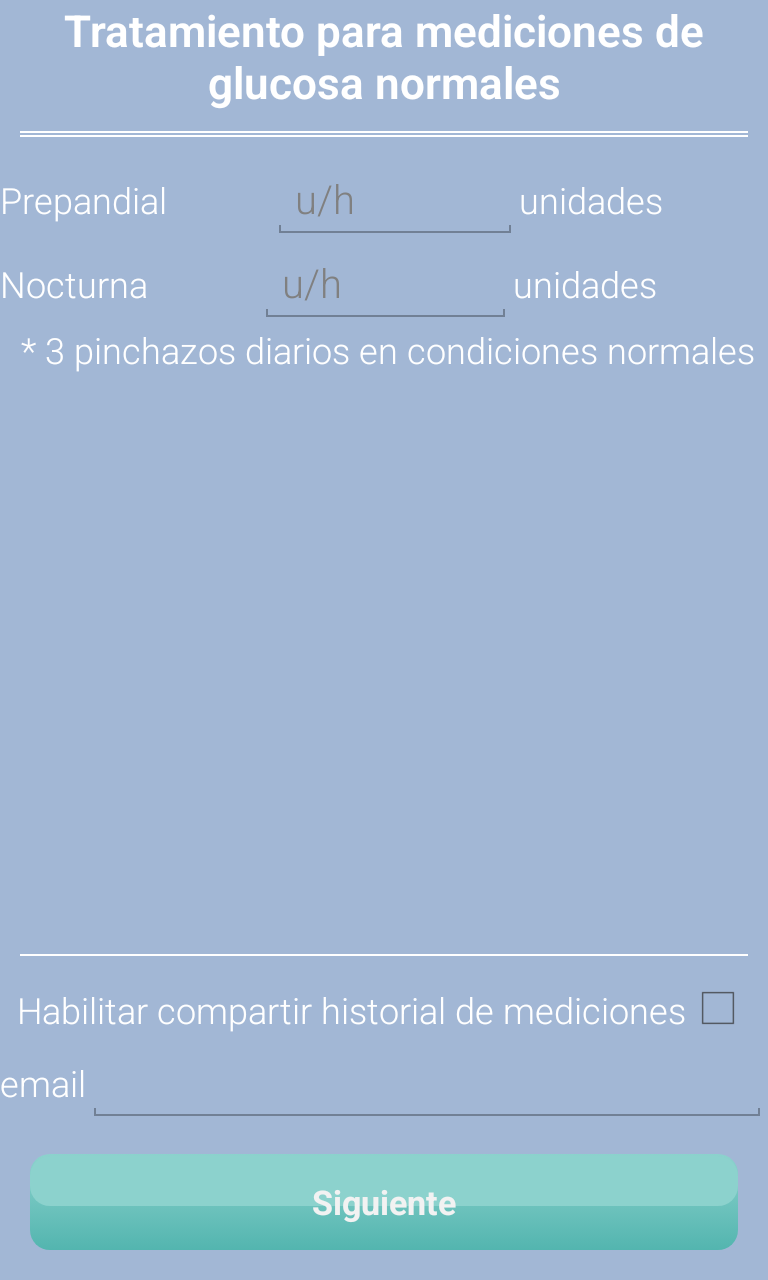
Repository: HectorGarciaMiguel/ssii-diabetes-060036
Layout: SeguimientoDiabetes/res/layout/activity_configuracion2_tipo1.xml
An editor plug-in stored every save of this project. The layout is shown before and after the next save, followed by the edit.
It is drawn on a 768 x 1280 px phone screen (xhdpi) without system bars, with theme AppTheme; the app's code is not run.

Above is the layout before, as saved 2015-11-19 18:06:25.

### SeguimientoDiabetes/res/layout/activity_configuracion2_tipo1.xml
<LinearLayout xmlns:android="http://schemas.android.com/apk/res/android"
    xmlns:tools="http://schemas.android.com/tools"
    android:layout_width="fill_parent"
    android:layout_height="fill_parent"
    android:orientation="vertical"
    android:layout_margin="3dp"
    tools:context=".Configuracion2Tipo1Activity" >

    <LinearLayout
        android:layout_width="fill_parent"
        android:layout_height="wrap_content"
        android:orientation="horizontal" >

        <TextView
            android:id="@+id/textView1"
            style="@style/RobotoStyleTextViewNegrita"
            android:layout_width="wrap_content"
            android:layout_height="wrap_content"
            android:gravity="center_horizontal"
            android:text="Tratamiento para mediciones de glucosa normales" />

    </LinearLayout>

          <View
              android:layout_width="wrap_content"
              android:layout_height="1dp"
              android:layout_marginBottom="1dp"
              android:layout_marginLeft="10dp"
              android:layout_marginRight="10dp"
              android:layout_marginTop="10dp"
              android:background="#FFFFFF" />

          <View
              android:layout_width="wrap_content"
              android:layout_height="1dp"
              android:layout_marginBottom="10dp"
              android:layout_marginLeft="10dp"
              android:layout_marginRight="10dp"
              android:background="#FFFFFF" />

    <LinearLayout
        android:layout_width="fill_parent"
        android:layout_height="wrap_content"
        android:orientation="horizontal"
        android:gravity="center_horizontal">

        <TextView
            android:id="@+id/textView2"
            android:layout_width="wrap_content"
            android:layout_height="wrap_content"
            android:layout_weight="3"
            android:text="Prepandial" />

        <EditText
            android:id="@+id/editText1"
            android:layout_width="wrap_content"
            android:layout_height="wrap_content"
            android:layout_weight="4"
            android:hint="u/h"
            android:inputType="number" />

        <TextView
            android:id="@+id/textView3"
            android:layout_width="wrap_content"
            android:layout_height="wrap_content"
            android:layout_weight="3"
            android:text="unidades" />

    </LinearLayout>

    <LinearLayout
        android:layout_width="fill_parent"
        android:layout_height="wrap_content"
        android:orientation="horizontal"
        android:gravity="center_horizontal"        >

        <TextView
            android:id="@+id/textView4"
            android:layout_width="wrap_content"
            android:layout_height="wrap_content"
            android:layout_weight="3"
            android:text="Nocturna" />

        <EditText
            android:id="@+id/editText2"
            android:layout_width="wrap_content"
            android:layout_height="wrap_content"
            android:layout_weight="4"
            android:hint="u/h"
            android:inputType="number" />

        <TextView
            android:id="@+id/textView5"
            android:layout_width="wrap_content"
            android:layout_height="wrap_content"
             android:layout_weight="3"
            android:text="unidades" />

    </LinearLayout>

    <LinearLayout
        android:layout_width="fill_parent"
        android:layout_height="wrap_content"
        android:orientation="horizontal"
        android:gravity="center_horizontal" >

        <TextView
            android:id="@+id/textView8"
            android:layout_width="wrap_content"
            android:layout_height="wrap_content"
            android:layout_gravity="center_vertical|center_horizontal"
            android:text=" * 3 pinchazos diarios en condiciones normales" />

    </LinearLayout>


    <LinearLayout
        android:layout_width="fill_parent"
        android:layout_height="wrap_content"
        android:orientation="horizontal"
        android:layout_weight="1" >
    </LinearLayout>


<View
        android:layout_width="wrap_content"
        android:layout_height="1dp"
        android:layout_marginBottom="10dp"
        android:layout_marginLeft="10dp"
        android:layout_marginRight="10dp"
        android:background="#FFFFFF"
        android:layout_gravity="bottom"/>

    <LinearLayout
        android:layout_width="fill_parent"
        android:layout_height="wrap_content"
        android:orientation="horizontal"
        android:gravity="center_horizontal"
         >

        <TextView
            android:id="@+id/textView6"
            android:layout_width="wrap_content"
            android:layout_height="wrap_content"
            android:text="Habilitar compartir historial de mediciones" />

        <CheckBox
            android:id="@+id/checkBox1"
            android:layout_width="wrap_content"
            android:layout_height="wrap_content" />

    </LinearLayout>

    <LinearLayout
        android:layout_width="fill_parent"
        android:layout_height="wrap_content"
        android:orientation="horizontal"
        android:gravity="center_horizontal" >

        <TextView
            android:id="@+id/textView7"
            android:layout_width="wrap_content"
            android:layout_height="wrap_content"
            android:text="email" />

        <EditText
            android:id="@+id/editText3"
            android:layout_width="fill_parent"
            android:layout_height="wrap_content"
            android:inputType="textEmailAddress" />

    </LinearLayout>

    <LinearLayout
        android:layout_width="fill_parent"
        android:layout_height="wrap_content"
        android:orientation="horizontal"
        android:gravity="center_horizontal" >

        <Button
            android:id="@+id/button1"
        	style="@style/Boton"
        	android:background="@drawable/mibotonverde"
            android:layout_height="wrap_content"
            android:onClick="lanzarConfiguracion3"
            android:text="Siguiente" />

    </LinearLayout>

</LinearLayout>

### SeguimientoDiabetes/res/drawable/mibotonverde.xml
<?xml version="1.0" encoding="utf-8"?>
<selector xmlns:android="http://schemas.android.com/apk/res/android" >

 <item android:state_pressed="true">
     <layer-list >
       <item >
           <shape android:shape="rectangle">
            <gradient
  				  android:startColor="#104849"
                  android:endColor="#0B393A"
                  android:angle="-90"
                  android:type="linear"
                  />
            <corners android:radius="10dp" />
            </shape>
            </item>
            <item android:top="1dp" android:bottom="22dp" >
 	 <shape android:shape="rectangle">
  				<solid android:color="#104849"/>
              <corners android:radius="10dp" />

            </shape>
      </item>
      </layer-list>
  </item>




<item android:state_focused="true">
     <layer-list >
       <item >
           <shape android:shape="rectangle">
            <gradient
  				  android:startColor="#104849"
                  android:endColor="#0B393A"
                  android:angle="-90"
                  android:type="linear"
                  />
            <corners android:radius="10dp" />
            </shape>
            </item>
            <item android:top="1dp" android:bottom="50px" >
  <shape android:shape="rectangle">
  <solid android:color="#104849"/>
              <corners android:radius="10dp" />

            </shape>
      </item>
      </layer-list>
  </item>







 <item>
     <layer-list >
       <item >
           <shape android:shape="rectangle">
            <gradient
  				  android:startColor="#8CD2CD"
                  android:endColor="#53B5AF"
                  android:angle="-90"
                  android:type="linear"
                  />
			<corners android:radius="10dp" />
			</shape>
        </item>
        <item android:top="1dp" android:bottom="22dp" >
  			<shape android:shape="rectangle">
  			<solid android:color="#8CD2CD"/>
       			<corners android:radius="10dp" />
           </shape>
      </item>
      </layer-list>
  </item>
</selector>

Loaded but not shown: SeguimientoDiabetes/res/values/styles.xml (common file); SeguimientoDiabetes/res/values-v11/styles.xml (common file); SeguimientoDiabetes/res/values-v14/styles.xml (common file)

After the next save:
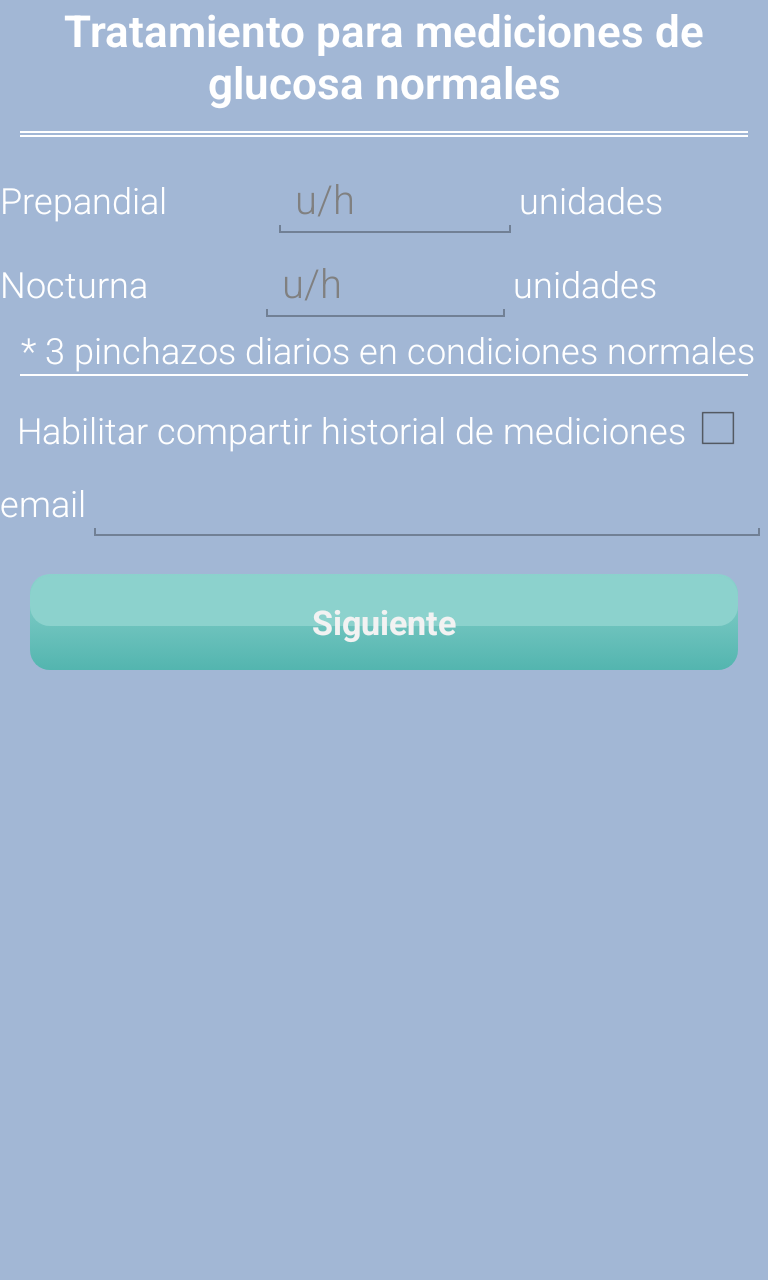
Saved 8 s later.
--- a/SeguimientoDiabetes/res/layout/activity_configuracion2_tipo1.xml
+++ b/SeguimientoDiabetes/res/layout/activity_configuracion2_tipo1.xml
@@ -117,8 +117,7 @@
     <LinearLayout
         android:layout_width="fill_parent"
         android:layout_height="wrap_content"
-        android:orientation="horizontal"
-        android:layout_weight="1" >
+        android:orientation="horizontal" >
     </LinearLayout>
 
 
